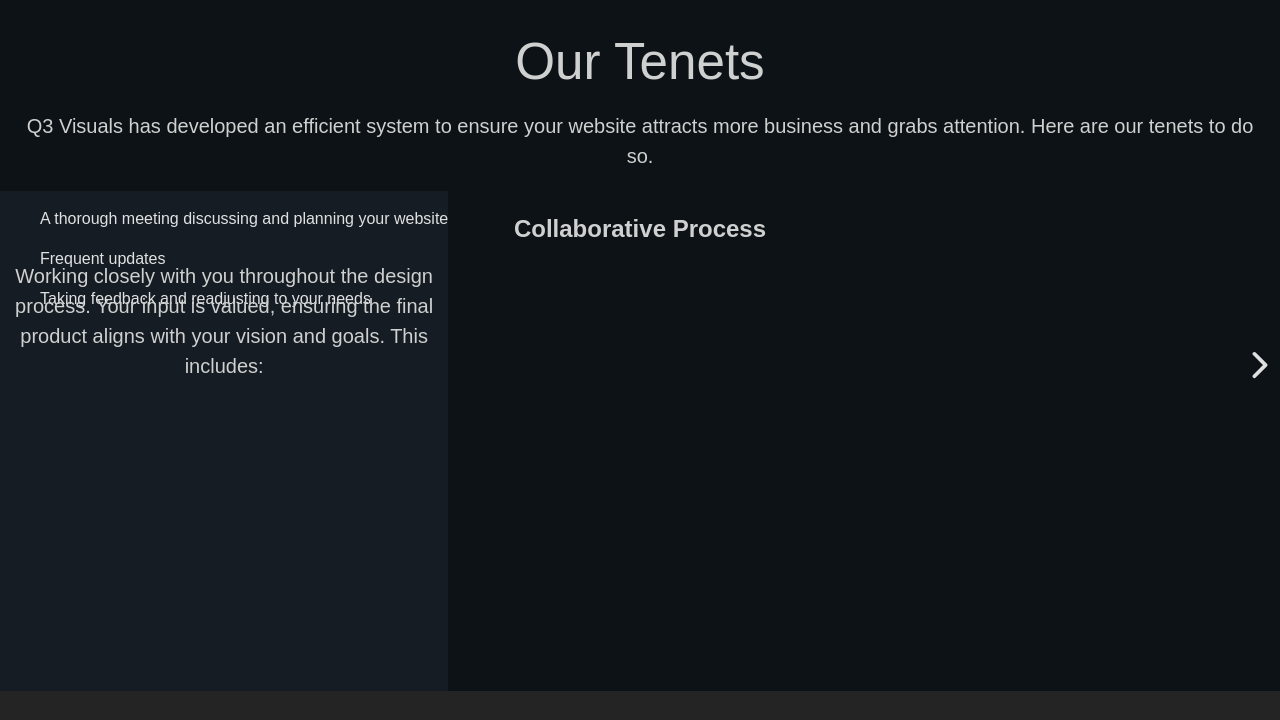
Repository: TMuse333/quantumDesigns
Page: /process
An editor plug-in stored every save of this project. The page is shown before and after the next save, followed by the edit.
The browser window is 1280 px wide. The pictures show the whole page.
The project was rebuilt for these pictures with package versions that can differ from the ones it lists, and the page was loaded fresh each time. Also part of the build but not shown: vite.config.js, src/styles/navbar.css, src/components/navbar.jsx, src/styles/herobanner.css, src/components/Herobanner.jsx, src/components/intro.jsx, src/styles/tenets.css, src/components/tenets.jsx and 8 more.

Above is the page before, as saved 2023-12-16 19:25:49.

### index.html
<!doctype html>
<html lang="en">
  <head>
    <meta charset="UTF-8" />
    <link rel="icon" type="image/svg+xml" href="/vite.svg" />
    <link rel="preconnect" href="https://fonts.googleapis.com">
<link rel="preconnect" href="https://fonts.gstatic.com" crossorigin>
<link href="https://fonts.googleapis.com/css2?family=Noto+Sans+Linear+A&display=swap" rel="stylesheet" integrity="your-integrity-value" crossorigin="anonymous">

<link rel="preconnect" href="https://fonts.googleapis.com">
<link rel="preconnect" href="https://fonts.gstatic.com" crossorigin>
<link href="https://fonts.googleapis.com/css2?family=Noto+Sans+Linear+A&family=Open+Sans:ital@1&display=swap" rel="stylesheet">
<link rel="stylesheet" href="https://fonts.googleapis.com/css2?family=Roboto:wght@400;700&display=swap">


    <meta name="viewport" content="width=device-width, initial-scale=1.0" />
    <title>Vite + React</title>
  </head>
  <body>
    <div id="root"></div>
    <script type="module" src="/src/main.jsx"></script>
  </body>
</html>

### src/main.jsx
import './index.css'
import * as React from 'react';
import { StrictMode } from 'react';
import { createRoot } from 'react-dom/client';
import { BrowserRouter } from 'react-router-dom';

import App from './App';

const rootElement = document.getElementById('root');
const root = createRoot(rootElement);

root.render(
  <StrictMode>
    <BrowserRouter>
      <App />
    </BrowserRouter>
  </StrictMode>
);

### src/index.css
:root {
  font-family: Inter, system-ui, Avenir, Helvetica, Arial, sans-serif;
  line-height: 1.5;
  font-weight: 400;

  color-scheme: light dark;
  color: rgba(255, 255, 255, 0.87);
  background-color: #242424;

  font-synthesis: none;
  text-rendering: optimizeLegibility;
  -webkit-font-smoothing: antialiased;
  -moz-osx-font-smoothing: grayscale;
}

html{
  overflow-x: hidden;
}

a {
  font-weight: 500;
  color: #646cff;
  text-decoration: inherit;
}
a:hover {
  color: #535bf2;
}

body {
  margin: 0;
  padding:0;
  display: flex;
  place-items: center;
  min-width: 100vw;
  min-height: 100vh;
  overflow-x: hidden;
}

h1 {
  font-size: 3.2em;
  line-height: 1.1;
}

button {
  border-radius: 8px;
  border: 1px solid transparent;
  padding: 0.6em 1.2em;
  font-size: 1em;
  font-weight: 500;
  font-family: inherit;
  background-color: #1a1a1a;
  cursor: pointer;
  transition: border-color 0.25s;
}
button:hover {
  border-color: #646cff;
}
button:focus,
button:focus-visible {
  outline: 4px auto -webkit-focus-ring-color;
}

### src/App.jsx
import { useState } from 'react'
import { Link } from 'react-router-dom'



import './App.css'
import Navbar from './components/navbar'
import Layout from './components/layout'
import Testimonials from "./components/testimonials";
import {
  BrowserRouter as Router,

  Route, Routes

} from "react-router-dom";
import Process from './components/process'

function App() {
  const [count, setCount] = useState(0)

  return (
    <>

    <Routes>

      <Route path='/'
      element={<Layout/>}
      />

      <Route path='process' element={<Process/>}>

      </Route>


    </Routes>




     </>
  )
}

export default App

### src/App.css
#root {
  max-width: 1280px;
  margin: 0 auto;

  text-align: center;
}

:root{
  /* --primary-color:rgb(5, 23, 111); */
  --tag-color:rgb(10, 9, 17);
  --primary-color:rgb(13, 18, 22);
}

.layout{
  width:100vw;
  margin-top: -5rem;
  position: absolute;
  left:0;
  top:120px;
  background-color: var( --primary-color);
  /* overflow-x: hidden; */

}

.before-title-text{
 font-weight: bold;
 margin-bottom: -0.5rem;
}

.bold-700{
  font-weight: 700;
}

.title-text{
  width:100vw;
  font-weight: 350;
  /* font-size: 35px; */
  margin-bottom: 0.1rem;

  margin-bottom: 1rem;
  font-family: 'spartan',sans-serif;
  color:#cfd0d0;

}

.description-text{
  padding: 0 15px 0 15px;
    font-family: 'Palatino Sans', 'Palatino Sans Informal', 'Palatino Sans Text', 'Palatino Sans W1G', 'Palatino Sans W01', sans-serif;
font-weight: 300;
font-size: 20px;
color:#cfd0d0

}

.button {
  display: inline-block;
  padding: 12px 24px;
  font-size: 16px;
  font-weight: bold;
  text-align: center;
  text-decoration: none;
  cursor: pointer;
  border: 2px solid #00bfff; /* Quantum blue color */
  color: #00bfff;
  background-color: transparent;
  border-radius: 8px;
  transition: background-color 0.3s ease, color 0.3s ease;
  width:max-content;
  margin-left: auto;
  margin-right: auto;
  margin-bottom: 3rem;
}

.button:hover {
  background-color: #00bfff; /* Quantum blue color on hover */
  color: #fff; /* White text on hover */
}

### src/components/process.jsx
import React from "react";
import { useState } from "react";
import '../styles/process.css'
import { tenets } from "./skillDesc";
import { IoIosArrowBack, IoIosArrowForward } from 'react-icons/io';
import { motion, AnimatePresence } from "framer-motion";

const Process = () => {
    const [currentTenet, setCurrentTenet] = useState(0);

    const nextTenet = () => {
        setCurrentTenet((prevIndex) => (prevIndex + 1) % tenets.length);
    };

    const prevTenet = () => {
        setCurrentTenet((prevIndex) => (prevIndex - 1 + tenets.length) % tenets.length);
    };

    return (
        <div className="process-container">
            <h1 className="title-text">Our Tenets</h1>
            <p className="description-text">
                Q3 Visuals has developed an
                efficient system to ensure your website
                attracts more business and grabs attention.
                Here are our tenets to do so.
            </p>


            <div className="arrow-container">
                <IoIosArrowBack className="arrow arrow-left" onClick={prevTenet} />
                <div className="tenet">

                    <AnimatePresence>


                    <motion.h2 key={currentTenet}
                    initial={{ opacity: 0,x: -10 }}
                    animate={{ opacity: 1, x:0 }}
                     exit={{ opacity: 0 }}
                     className="title-text bold-700 tenet-title">{tenets[currentTenet].name}
                    </motion.h2>
                    </AnimatePresence>
                    <p className="description-text tenet-desc">{tenets[currentTenet].description}</p>
                    <ul className="points">
                {tenets[currentTenet].points.map((point, index) => (
                    <li key={index}>{point}</li>
                ))}
            </ul>
                </div>
                <IoIosArrowForward className="arrow arrow-right" onClick={nextTenet} />
            </div>
        </div>
    );
};

export default Process;

### src/styles/testimonial.css
.testimonial-container{
    width:100vw;
    background-color: var(--primary-color);
 padding-bottom: 4rem;
 margin-top: -2rem;
    position: relative;

    /* border: 2px solid white; */
}

.testimonial {
    background-color: black;
    padding-left: 1rem;
    text-align: left;
    padding-bottom: 40px;
    width:80vw;
   display: flex;
   flex-direction: column;
   margin-left: auto;
   margin-right: auto;

}

.quote{

    font-weight: bold;
    font-size: 30px;
}

.effect{
    font-weight: 500;
    font-family: 'spartan',sans-serif;
    font-size: 20px;
}

.author {
    margin-top: 0rem;
    font-weight: bold;
    font-size:20px;
}

.title{
    margin-top: -1rem;
    font-size:20px;
}

.arrow-container{
    display: flex;
}

.arrow{
    position: absolute;
    top:50%;
    font-size: 40px;
}

.arrow-right{
    right:0;
}

.deliver{
    font-size: 30px;
}

### src/components/skillDesc.js
export const tenets = [
    {
        name: "Collaborative Process",
        description: "Working closely with you throughout the design process. Your input is valued, ensuring the final product aligns with your vision and goals."+
        " This includes:",
        points:[
            'A thorough meeting discussing and planning your website',
            'Frequent updates',
            'Taking feedback and readjusting to your needs'
        ]
    },
    {
        name: "Creative and Unique Design",
        description: "Crafting visually captivating and one-of-a-kind designs that reflect the uniqueness of your brand. We prioritize creativity to make your website stand out.",
        points:[
            'Animations to enhance user experience while maintaining simplicity',
            'Emphasizing key words with bold font styles',
            'Infusing dynamic visuals and persuasive typography for get more business.'
        ]
    },

    {
        name: "Primal Human Instincts",
        description: "Q3 Visuals implements techniques based on fundamental aspects of human psychology "+
        'to give your website the highest probability of succeeding. This includes, but certainly not limited to:',
        points:[
            'Visual appeal: Humans are visually oriented beings',
            'Using persuasive typography to create a sense of urgency',
            'Using testimonials as social proof, as humans are drawn to be in groups',

        ]
    },
    {
        name: "3D Models",
        description: "Incorporating dynamic 3D models to enhance the visual appeal of your website. This adds a layer of interactivity and engages visitors in a unique and immersive experience.",
        points:[
            'A thorough meeting discussing and planning your website',
            'Frequent updates',
            'Taking feedback and readjusting to your needs'
        ]
    },

];


export const testimonials = [
    {
        quote: 'He exceeded our expectations!',
        effect: 'Quantum Designs transformed our vision into a stunning website. They are responsive, creative, and delivered beyond our expectations.',
        author: 'Jane Doe',
        title: 'Satisfied Client'
    },
    {
        quote: 'Innovative and highly skilled team!',
        effect: 'Working with Quantum Designs was a game-changer for our online presence. Their innovative approach and technical expertise are commendable.',
        author: 'John Smith',
        title: 'Tech Enthusiast'
    },
    {
        quote: 'Reliable and professional service!',
        effect: 'Quantum Designs provided a reliable and professional service. They were attentive to our needs and delivered a website that truly represents our brand.',
        author: 'Emily Johnson',
        title: 'Business Owner'
    },
];

### src/styles/process.css
.process-container{
    width:100vw;
    background-color: var(--primary-color);
    position:absolute;
    top:0;
    left:0;

}

.points{

}

.points li {
    list-style: none;
    margin-top: 1rem;
    text-align: left;
 font-family: 'spartan',sans-serif;
}

.tenet-title{
      position: absolute;
      top:0px;

}

.tenet-desc{
    position: absolute;
    top:50px
}

.tenet{
   background-color: rgb(21, 28, 35);
   position: relative;
   height:500px
}

### src/styles/intro.css
.intro-container{
    width:100vw;
    display: flex;
    flex-direction: column;
    background-color: var(--primary-color);


}

.intro {
    width:100vw;
    font-weight: 350;
    font-size: 35px;
    margin-bottom: 0.1rem;
    margin-top: 1rem;

}

.bold-700{
    font-weight: 700;
}

.intro-end{
    margin-top: 0rem;
    padding:0 10px 0 10px;
    font-weight: 550;
    font-family: 'spartan',sans-serif;
    color:#cfd0d0;

}





.intro-container p{

}

After the next save:
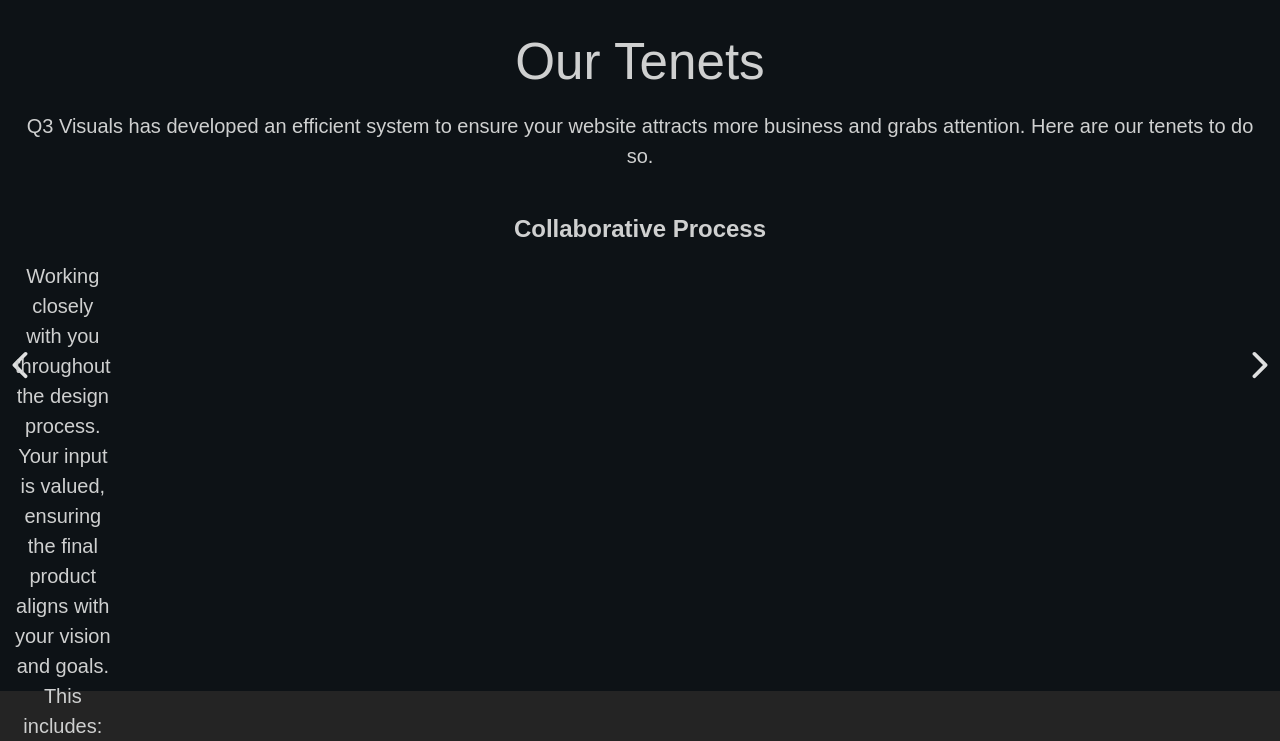
Saved 7 s later.
--- a/src/components/process.jsx
+++ b/src/components/process.jsx
@@ -42,11 +42,11 @@ const Process = () => {
                     </motion.h2>
                     </AnimatePresence>
                     <p className="description-text tenet-desc">{tenets[currentTenet].description}</p>
-                    <ul className="points">
+                    {/* <ul className="points">
                 {tenets[currentTenet].points.map((point, index) => (
                     <li key={index}>{point}</li>
                 ))}
-            </ul>
+            </ul> */}
                 </div>
                 <IoIosArrowForward className="arrow arrow-right" onClick={nextTenet} />
             </div>
